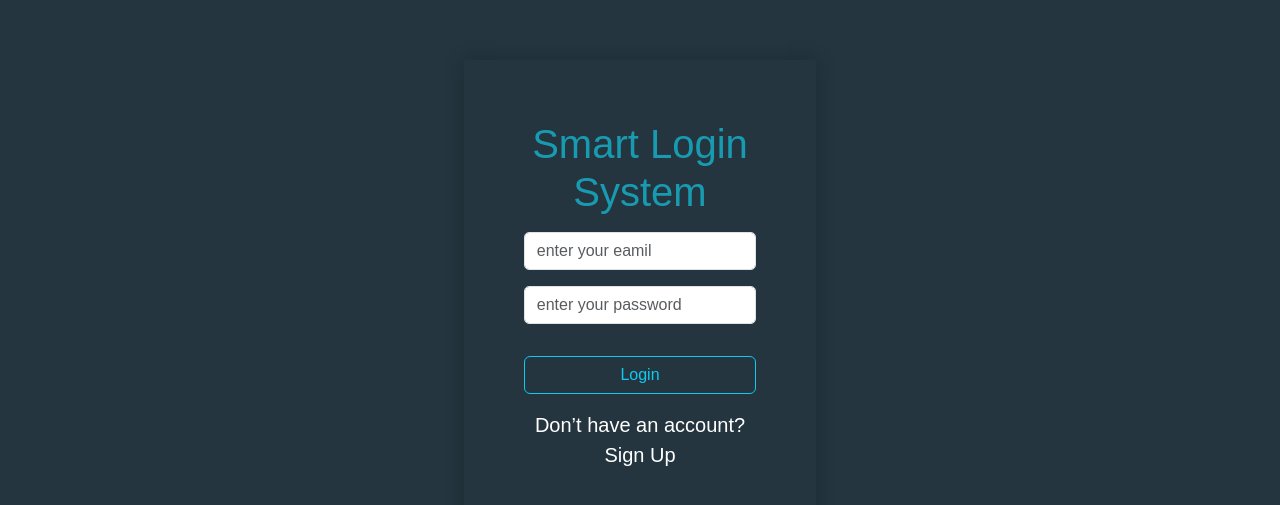
Repository: bodajava/TASK-4
Page: index.html
The author's editor kept a copy of each file at every save. The page is drawn from the files as they stood at one save, then again after the next save.
The browser window is 1280 px wide. The pictures show the whole page.

Above is the page before, as saved 2025-06-16 18:56:39.

After the next save:
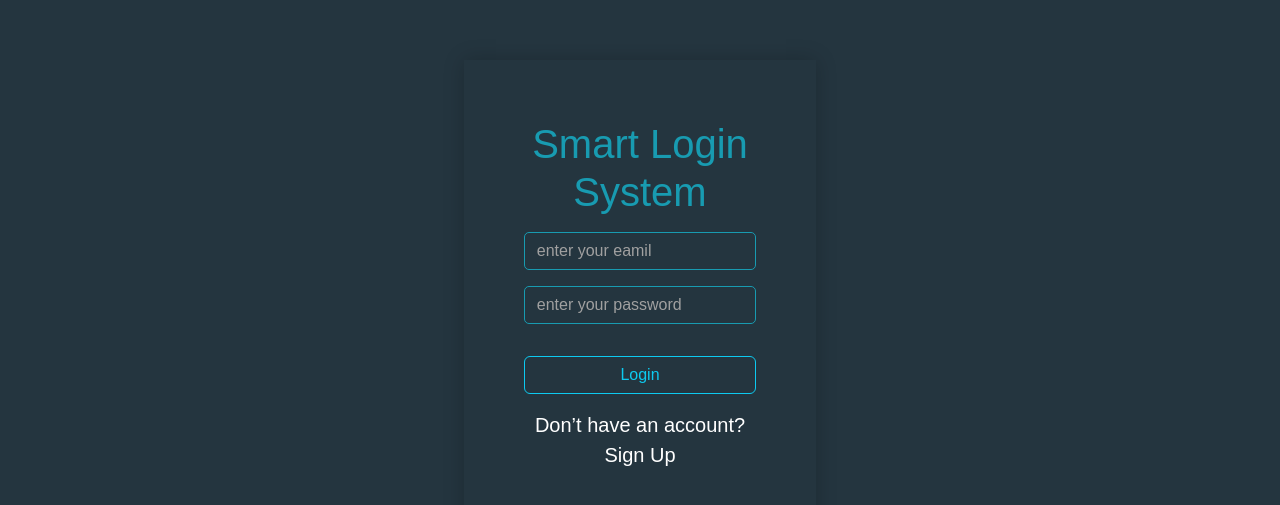
Saved 3 min 16 s later.
--- a/CSS/style.css
+++ b/CSS/style.css
@@ -1,20 +1,21 @@
+/* Reset */
 * {
   padding: 0;
   margin: 0;
   box-sizing: border-box;
 }
 
+/* خلفية الصفحة */
 body {
   background-color: #24353f;
-
   display: flex;
   justify-content: center;
   align-items: center;
   font-family: Arial, sans-serif;
 }
 
+/* الحاوية الرئيسية */
 #item {
-  margin-top: 60px;
   margin-top: 60px;
   margin-left: 390px;
   margin-right: 390px;
@@ -22,6 +23,7 @@ body {
   padding-right: 15px;
 }
 
+/* صندوق النموذج */
 #item2 {
   box-shadow: 0 0 20px rgba(0, 0, 0, 0.2);
   margin-left: 138.75px;
@@ -32,17 +34,12 @@ body {
   padding-bottom: 60px;
 }
 
-.form-control:focus {
-  box-shadow: 0 0 0;
-}
-
-.form-control {
-  border-radius: 5px;
-}
-
+/* العنوان */
 h1 {
   color: #189bb1;
 }
+
+/* الروابط */
 a {
   text-decoration: none;
 }
@@ -51,6 +48,7 @@ a:hover {
   text-decoration: underline;
 }
 
+/* الفقرة */
 .paragraph {
   font-size: 20px;
   line-height: 30px;
@@ -64,3 +62,24 @@ a:hover {
   font-weight: 400;
   color: white;
 }
+
+/* ===== تنسيقات الحقول ===== */
+.form-control {
+  background-color: #24353f; /* لون خلفية الحقل */
+  border: 1px solid #189bb1; /* حدود سماوية */
+  color: #fff; /* لون النص */
+  border-radius: 5px;
+}
+
+/* تنسيق عند الكتابة داخل الحقل */
+.form-control:focus {
+  border-color: #189bb1;
+  box-shadow: none;
+  background-color: #24353f;
+  color: #fff;
+}
+
+/* تنسيق نص الـ placeholder */
+.form-control::placeholder {
+  color: #a0a0a0;
+}
